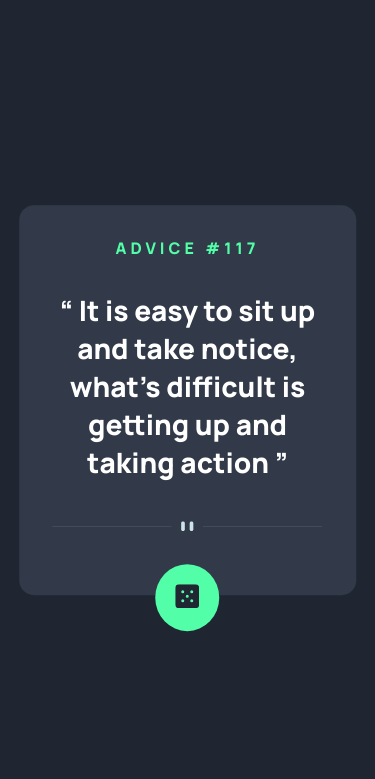
Repository: WindOfCodes/advice-generator-app
Page: index.html
An editor plug-in stored every save of this project. The page is shown before and after the next save, followed by the edit.
The browser window is 375 px wide. The pictures show the whole page.

Above is the page before, as saved 2022-11-29 12:45:29.

### index.html
<!DOCTYPE html>
<html lang="en">
  <head>
    <meta charset="UTF-8" />
    <meta name="viewport" content="width=device-width, initial-scale=1.0" />
    <link
      href="https://fonts.googleapis.com/css2?family=Manrope:wght@800&display=swap"
      rel="stylesheet"
    />
    <link rel="stylesheet" href="/styles/main.css" />
  </head>
  <body>
    <div class="card">
      <span class="number">advice #117</span>
      <q class="quote">
        It is easy to sit up and take notice, what's difficult is getting up and taking action
      </q>
      <img class="line" src="./images/pattern-divider-desktop.svg" />
      <button class="dice">
        <img src="./images/icon-dice.svg" />
      </button>
    </div>
  </body>
</html>

### styles/main.css
/* <style>
.attribution { font-size: 11px; text-align: center; }
.attribution a { color: hsl(228, 45%, 44%); }
</style> */

/* Mobile: 375px
Desktop: 1440px */

/* $lightCyan : hsl(193, 38%, 86%);
$neonGreen: hsl(150, 100%, 66%);
$grayishBlue: hsl(217, 19%, 38%);
$darkGrayishBlue: hsl(217, 19%, 24%);
$darkBlue: hsl(218, 23%, 16%); */

@import url(./media.css);

body {
  font-family: "Manrope", sans-serif;
  font-weight: 800;
  background-color: hsl(218, 23%, 16%);
  font-size: 28px;
}

.card {
  background-color: hsl(217, 19%, 24%);
  width: 40%;
  min-height: 35%;
  display: flex;
  flex-direction: column;
  position: absolute;
  top: 50%;
  left: 50%;
  transform: translate(-50%, -50%);
  justify-content: center;
  align-items: center;
  margin: auto;
  border-radius: 15px;
}

.number {
  text-transform: uppercase;
  font-size: 16px;
  letter-spacing: 0.25rem;
  color: hsl(150, 100%, 66%);
  margin: 2rem 0;
}

.quote {
  color: white;
  max-width: 80%;
  text-align: center;
}

.line {
  margin: 2.5rem 0 4rem 0;
  width: 80%;
}

.dice {
  border: none;
  border-radius: 50%;
  background-color: hsl(150, 100%, 66%);
  padding: 20px;
  position: absolute;
  top: 92%;
}

.dice:hover {
  cursor: pointer;
  -webkit-box-shadow: 0px 0px 30px 1px hsla(150, 100%, 66%, 1);
  -moz-box-shadow: 0px 0px 30px 1px hsla(150, 100%, 66%, 1);
  box-shadow: 0px 0px 30px 1px hsla(150, 100%, 66%, 1);
}

@media only screen and (max-width: 800px) {
  .card {
    width: 75%;
  }
}

@media only screen and (max-width: 375px) {
  .card {
    width: 90%;
  }
}

Loaded but not shown: styles/media.css (no stored copy; drawn as an empty file)

After the next save:
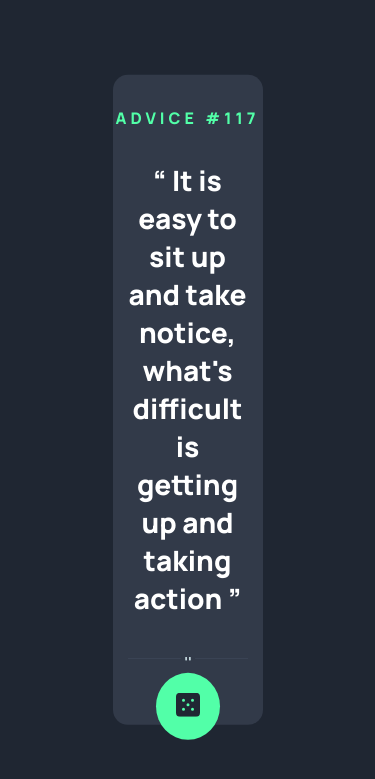
Saved 8 s later.
--- a/styles/main.css
+++ b/styles/main.css
@@ -71,15 +71,3 @@ body {
   -moz-box-shadow: 0px 0px 30px 1px hsla(150, 100%, 66%, 1);
   box-shadow: 0px 0px 30px 1px hsla(150, 100%, 66%, 1);
 }
-
-@media only screen and (max-width: 800px) {
-  .card {
-    width: 75%;
-  }
-}
-
-@media only screen and (max-width: 375px) {
-  .card {
-    width: 90%;
-  }
-}
